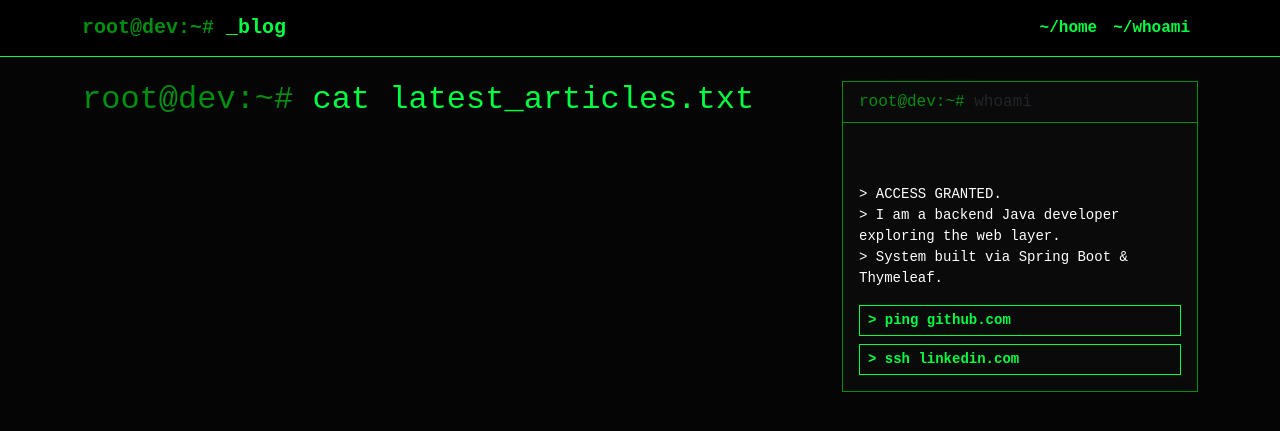
Repository: gd0t/gd0t-blog
Page: http://localhost/index
The author's editor kept a copy of each file at every save. The page is drawn from the files as they stood at one save, then again after the next save.
The browser window is 1280 px wide. The pictures show the whole page.
The page is this project's Thymeleaf template; nobody is signed in. The template is opened directly, without the code that normally fills it, so the values that code supplies are empty.

Above is the page before, as saved 2026-05-21 00:08:09.

After the next save:
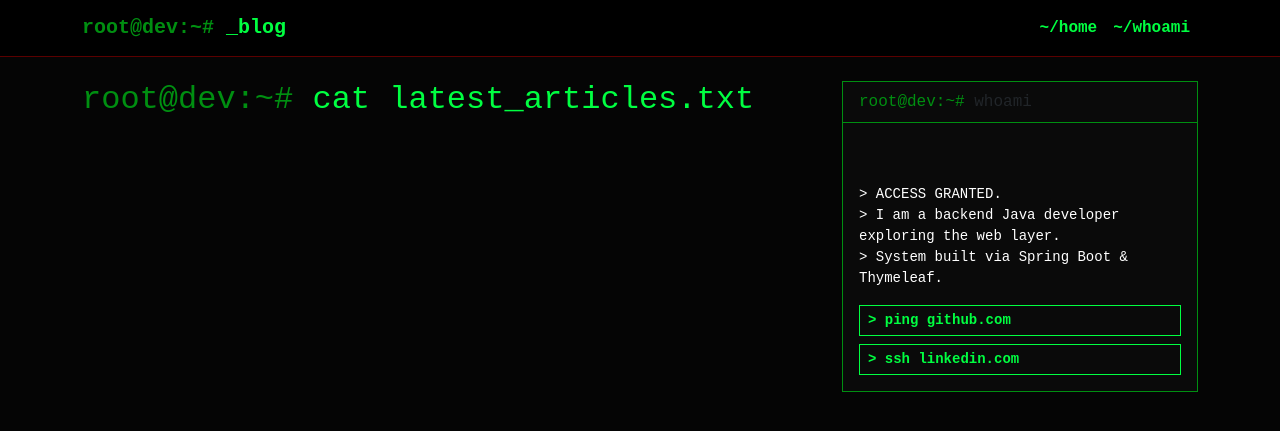
Saved 115 s later.
--- a/gd0t/src/main/resources/static/css/style.css
+++ b/gd0t/src/main/resources/static/css/style.css
@@ -11,7 +11,7 @@ body {
 
 .navbar {
     background-color: #000000 !important;
-    border-bottom: 1px solid #00FF41;
+    border-bottom: 1px solid #5C0000;
 }
 .navbar-brand, .nav-link {
     color: #00FF41 !important;
@@ -31,7 +31,6 @@ a:hover {
 p {
 	color: #FFF;
 }
-
 
 .card {
     background-color: #0A0A0A;
